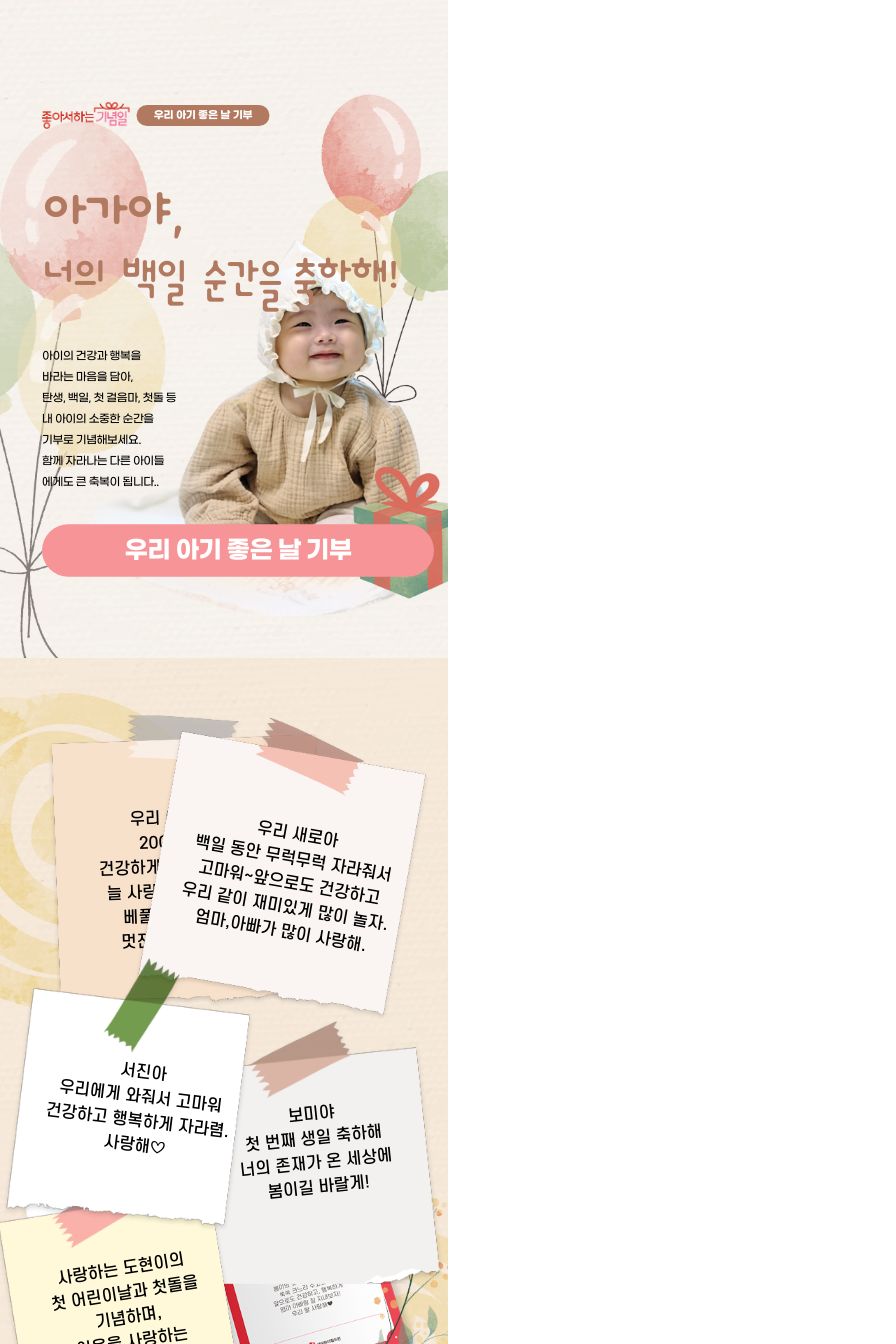
Repository: dlgywls1130/save_children_m
Page: index.html
An editor plug-in stored every save of this project. The page is shown before and after the next save, followed by the edit.
The browser window is 1280 px wide. The pictures show the part of the page from y = 0 to 1920 px (the page is 8198 px tall), at 70% of full size.

Above is the page before, as saved 2023-12-13 18:44:14.

### index.html
<!DOCTYPE html>
<html lang="en">
<head>
    <meta charset="UTF-8">
    <meta name="viewport" content="width=device-width, initial-scale=1.0">
    <title>세이브더칠드런</title>

    <link rel="stylesheet" href="./css/reset.css">
    <link rel="stylesheet" href="./css/style.css">

</head>
<body>
    <div class="content_body">
        <section class="section_wrapper section01">
            <div class="se01 se_wrapper">
                <div class="se01_sub">
                    <div class="sub_logo">
                        <img src="./img/logo01.png" alt="logo">
                    </div>
                    <p>우리 아기 좋은 날 기부</p>
                </div>
                <p class="seo01_title">
                    아가야,
                </p>
                <p class="seo01_title_two">
                    너의 <span id="rollingText">탄생</span> 순간을 축하해!
                </p>
                <p class="section_descript mb-45">
                    아이의 건강과 행복을
                    <br>바라는 마음을 담아,
                    <br>탄생, 백일, 첫 걸음마, 첫돌 등
                    <br>내 아이의 소중한 순간을
                    <br>기부로 기념해보세요.
                    <br>함께 자라나는 다른 아이들
                    <br>에게도 큰 축복이 됩니다..
                </p>

                <a class="donation_link" href="javascript:void(0)">우리 아기 좋은 날 기부</a>
            </div>
        </section>
        <section class="section_wrapper section02">
            <div class="se02 se_wrapper">
                <div class="postit_wrapper">
                    <div class="postit postit01">
                        <p>우리 아들 우현이의<br>
                        200일을 축하해.<br>
                        건강하게 자라줘서 고마워 ❤<br>
                        늘 사랑받고 받은 사랑만큼<br>
                        베풀 수 있는 건강하고<br>
                        멋진 아들이 되길 바래!</p>
                    </div>
                    <div class="postit postit02">
                        <p>우리 새로아<Br>
                        백일 동안 무럭무럭 자라줘서<Br>
                        고마워~앞으로도 건강하고<Br>
                        우리 같이 재미있게 많이 놀자.<Br>
                        엄마,아빠가 많이 사랑해.</p>
                    </div>
                    <div class="postit postit03">
                        <p>서진아<br>
                        우리에게 와줘서 고마워<br>
                        건강하고 행복하게 자라렴.<br>
                        사랑해♡      </p>
                    </div>
                    <div class="postit postit04">
                        <p>보미야<br>
                        첫 번째 생일 축하해<br>
                        너의 존재가 온 세상에<br>
                        봄이길 바랄게!   </p>
                    </div>
                    <div class="postit postit05">
                        <p>사랑하는 도현이의<br>
                        첫 어린이날과 첫돌을<br>
                        기념하며, <br>
                        이웃을 사랑하는<br>
                        멋진 사람으로 자라길</p>

                    </div>
                </div>
                <p class="ex_text">*소개한 사연은 모두 실제 사연입니다.</p>

            </div>
        </section>
        <section class="section_wrapper section03">
            <div class="se_wrapper se03">
                <div class="se_title_co">
                    아기의 좋은 날을 기념해 주신 모든 분들께
                    <br>후원감사증서를 보내드립니다.
                </div>
                <div class="se_sub_co">
                    후원감사증서는 아기에게 남기고 싶은 메시지와 아기의 좋은 날이 담긴 사진을 보관할 수 있도록
                    <br>만들어드립니다. 먼 훗날, 아기가 성장해 읽게 될 날을 그리며 편지를 써보세요.
                </div>
            </div>

        </section>
        <section class="section_wrapper section04">
            <div class="se_wrapper se04">
                <div class="se_title_co">
                    이름 자수 순면거즈블랭킷
                </div>
                <div class="se_sub_co">
                    30만원 이상 후원하신 분들께는 순면 거즈 아기 블랭킷(90*110)에
                    <Br>원하시는 이름(영문)을 예쁘게 수놓아 드립니다.
                </div>

                <div class="se04_slide mt-85">
                    <div class="se04_slide_list">
                        <img src="./img/slide01.jpg">
                    </div>
                    <div class="se04_slide_list">
                        <img src="./img/slide02.jpg">
                    </div>
                    <div class="se04_slide_list">
                        <img src="./img/slide03.jpg">
                    </div>
                </div>
            </div>
        </section>
        <section class="section_wrapper section05">
            <div class="se_wrapper se05">
                <div class="se_title_co">
                    후원신청 과정
                </div>

                <div class="se_step_list">
                    <div class="se_step">
                        <p class="step_number">1</p>
                        <div class="step_ico">
                            <img src="./img/icon01.png" alt="img">
                        </div>
                        <p class="step_descript">
                            후원신청하기
                        </p>
                    </div>
                    <div class="se_step">
                        <p class="step_number">2</p>
                        <div class="step_ico">
                            <img src="./img/icon02.png" alt="img">
                        </div>
                        <p class="step_descript">
                            후원감사증서
                            <br>메시지 적기
                        </p>
                    </div>
                    <div class="se_step">
                        <p class="step_number">3</p>
                        <div class="step_ico">
                            <img src="./img/icon03.png" alt="img">
                        </div>
                        <p class="step_descript">
                            신청완료
                        </p>
                    </div>
                    <div class="se_step">
                        <p class="step_number">4</p>
                        <div class="step_ico">
                            <img src="./img/icon04.png" alt="img">
                        </div>
                        <p class="step_descript">
                            후원감사증서 발송
                            <Br>(1주 이내)
                        </p>
                    </div>
                </div>

                <div class="se_sub_co mt-100">
                    30만원 이상 후원해 주신 경우,
                    <br>감사 선물 수령 주소 및 아기 블랭킷에 새겨질 문구 확인을 위한 문자가 발송됩니다.
                </div>

                <a class="donation_link" href="javascript:void(0)">우리 아기 좋은 날 기부</a>
            </div>

        </section>
        <section class="section_wrapper section06">
            <div class="se_wrapper se06">
                <div class="se_title_co">
                    후원금, 이렇게 쓰여요!
                </div>
                <div class="se_sub_co">
                    세이브더칠드런은 <span>국내외 아동을 위한 교육,
                    <Br>보호, 보건영양지원, 아동권리옹호</span> 등의 활동을 해나가고 있습니다.
                </div>
                <div class="se_sub_co">
                    보내주신 후원금은 정치, 종교, 인종에 관계없이 모든 아이를 구해야 한다는
                    <Br>세이브더칠드런의 신념에 따라 <span>가장 도움 필요한 아이를 위해 우선 사용</span>됩니다.
                </div>
            </div>

        </section>
        <section class="section_wrapper section07">
            <div class="se_wrapper se07">
                <div class="se_title_co">
                    FAQ
                </div>
                <div class="accordion">
                    <div class="accordion-item">
                        <h3 class="title">
                            <span>1. 30만원 이상 후원했습니다. 거즈 순면 블랭킷은 언제 오나요?</span>
                            <img src="./img/top.png">
                        </h3>
                        <p class="paragraph">
                            우리아기 축하기부로 30만원 이상 후원자님들께는 담요에 수놓을 아기 이름과
                            <Br>선물 수령 주소 확인을 위한 문자가 발송됩니다.
                            <br>02-6900-4479로 발송되는 문자 속 설문조사에 답해주세요.
                            <br>확인을 완료하신 분들께는 블랭킷 제작을 담당하고 있는 조니 스튜디오에서
                            <br>아기 이름 자수 작업 완료 후 배송해 드립니다.

                        </p>
                    </div>
                    <div class="accordion-item">
                        <h3 class="title">
                            <span>2. 거즈 순면 블랭킷, 안전한 제품인가요?</span>
                            <img src="./img/top.png">
                        </h3>
                        <p class="paragraph">
                            본 블랭킷은 워싱된 3중 거즈로 제작되었으며, KC안전검사를 완료하였습니다.
                            소재 특성상 섬유 조각이 발생할 수 있어 망에 넣지 않고 3번 정도 물빨래 하시는 것을 권장합니다.

                        </p>
                    </div>
                    <div class="accordion-item">
                        <h3 class="title">
                            <span>3. 거즈 순면 블랭킷을 받았는 데 하자가 있어요. 어떻게 해야 하나요? </span>
                            <img src="./img/top.png">
                        </h3>
                        <p class="paragraph">
                            070-4220-4123 (조니스튜디오 CS)로 전화 연락 부탁드립니다. 하자 물품에 대한 교환은 수령일로부터 7일 이내에 조니스튜디오에 연락해주셔야 하며, 이로 인한 후원금 환불은 어렵습니다.
                        </p>
                    </div>
                    <div class="accordion-item">
                        <h3 class="title">
                            <span>4. 후원감사증서에 넣을 수 있는 사진 사이즈는 얼마인가요?</span>
                            <img src="./img/top.png">
                        </h3>
                        <p class="paragraph">
                            사진 인화 사이즈 5*7 인치에 맞추어서 제작되었습니다.  그보다 작은 사진일 경우, 후원감사증서
                            내부의 주머니에 넣어 보관하실 수도  있습니다.

                        </p>
                    </div>
                </div>
            </div>

        </section>
        <section class="section_wrapper section08">
            <div class="se_wrapper se08">
                <div class="se08_postion">
                    <p class="se08_title">우리 아기 좋은 날 기부</p>
                    <p class="se08_descript">
                        탄생, 백일, 첫 걸음마, 첫돌...
                        <br>소중한 우리 아기의 성장을 기념해 보세요!
                        <br>아기의 좋은 날이 모여 세상의 행복이 됩니다.
                    </p>
                    <a href="javascript:void(0)" class="more_btn">
                        <p>자세히보기</p>
                        <svg xmlns="http://www.w3.org/2000/svg" width="16" height="16" fill="currentColor" class="bi bi-chevron-right" viewBox="0 0 16 16">
                            <path fill-rule="evenodd" d="M4.646 1.646a.5.5 0 0 1 .708 0l6 6a.5.5 0 0 1 0 .708l-6 6a.5.5 0 0 1-.708-.708L10.293 8 4.646 2.354a.5.5 0 0 1 0-.708z"/>
                        </svg>
                    </a>
                </div>

            </div>
        </section>
    </div>

    <script src="https://ajax.googleapis.com/ajax/libs/jquery/1.12.4/jquery.min.js"></script>
    <script src="./js/main.js"></script>
</body>
</html>

### css/style.css

/* root */
:root{
    --main-color:#B17A60;
    --pink-color:#F79497;
}


/* font */

/* dongle */
@font-face {
    font-family: 'Dongle';
    font-weight: 300;
    src: url('../font/Dongle-Light.ttf') format('ttf'),
    url('../font/Dongle-Light.woff') format('woff');
}

@font-face {
    font-family: 'Dongle';
    font-weight: 500;
    src: url('../font/Dongle-Regular.ttf') format('ttf'),
    url('../font/Dongle-Regular.woff') format('woff');
}

@font-face {
    font-family: 'Dongle';
    font-weight: 700;
    src: url('../font/Dongle-Bold.ttf') format('ttf'),
    url('../font/Dongle-Bold.woff') format('woff');
}


/* Gmarket */
@font-face {
    font-family: 'GmarketSans';
    font-weight: 300;
    src: url('../font/GmarketSansLight.ttf') format('ttf'),
    url('../font/GmarketSansLight.woff') format('woff');
}

@font-face {
    font-family: 'GmarketSans';
    font-weight: 500;
    src: url('../font/GmarketSansMedium.ttf') format('ttf'),
    url('../font/GmarketSansMedium.woff') format('woff');
}

@font-face {
    font-family: 'GmarketSans';
    font-weight: 700;
    src: url('../font/GmarketSansBold.ttf') format('ttf'),
    url('../font/GmarketSansBold.woff') format('woff');
}


/* nanumsqure */

@font-face {
    font-family: 'NanumSquare';
    font-weight: 400;
    src: url('../font/NanumSquareL.ttf') format('ttf'),
    url('../font/NanumSquareL.woff') format('woff');
}

@font-face {
    font-family: 'NanumSquare';
    font-weight: 500;
    src: url('../font/NanumSquareR.ttf') format('ttf'),
    url('../font/NanumSquareR.woff') format('woff');
}

@font-face {
    font-family: 'NanumSquare';
    font-weight: 600;
    src: url('../font/NanumSquareB.ttf') format('ttf'),
    url('../font/NanumSquareB.woff') format('woff');
}

@font-face {
    font-family: 'NanumSquare';
    font-weight: 700;
    src: url('../font/NanumSquareEB.ttf') format('ttf'),
    url('../font/NanumSquareEB.woff') format('woff');
}



/* scdream5 */
@font-face {
    font-family: 'SCDream5';
    src: url('../font/SCDream5.woff') format('woff'),
    url('../font/SCDream5.ttf') format('ttf'),
    url('../font/SCDream5.otf') format('otf');
}


.section_wrapper{
    max-width:1920px;
    width: 100%;

}

.se_wrapper{
    max-width: 640px;
    width: 100%;
    position: relative;
    box-sizing: border-box;
}


/* section01 */


.section01{
    background: url('../img/back01.jpg') no-repeat;
    height: 940px;

}

.se01{
    padding:145px 60px 92px;
    box-sizing: border-box;
}
.se01_sub{
    display: flex;
    align-items: center;
    margin-bottom: 70px;
}

.sub_logo{
    width: 125px;
    height: 40px;
    margin-right: 10px;
}

.sub_logo img{
    width: 100%;
    height: 100%;
    object-fit: contain;
}

.se01_sub p{
    width: 190px;
    height: 30px;
    background: #B17A60;
    border-radius: 15px;
    display: flex;
    align-items: center;
    justify-content: center;
    letter-spacing: -0.03em;
    font-size: 15px;
    font-weight: 700;
    font-family: 'GmarketSans',sans-serif;
    color: #fff;
}

.seo01_title{
    font-family: 'Dongle',sans-serif;
    font-weight: 500;
    font-size: 120px;
    color: var(--main-color);
    letter-spacing: -0.03em;
}

.seo01_title_two{
    font-family: 'Dongle',sans-serif;
    font-weight: 500;
    font-size: 90px;
    color: var(--main-color);
    letter-spacing: -0.03em;
    margin-top: -4%;
    margin-bottom: 50px;
    display: flex;
    align-items: center;
}

.seo01_title_two span{
    margin: 0 1.5rem;
}
.section_descript{
    font-size: 20x;
    line-height: 30px;
    font-family: 'GmarketSans';
    font-weight: 500;
    letter-spacing: -0.03em;
    color: #000;
}

.donation_link{
    width: 560px;
    height: 75px;
    border-radius: 100px;
    display: flex;
    align-items: center;
    justify-content: center;
    background: var(--pink-color);
    color: #fff;
    font-family: 'GmarketSans';
    font-size: 35px;
    font-weight: 700;
    letter-spacing: -0.03em;
    text-decoration: none;
    margin: 45px auto 0;
}


@keyframes roll {
    from {
        transform: translateY(40%);
        opacity: 0;
    }
    to {
        transform: translateY(0);
        opacity: 1;
    }
  }


  #rollingText.animate-text {
    animation: roll 0.5s ease-in-out;
}

/* section02 */

.section02{
    height: 1340px;
    background: url('../img/back03.jpg') no-repeat;
}

.se02{
    padding: 76px 0 96px;
    box-sizing: border-box;
    height: 100%;
}
.postit_wrapper{
    width: 100%;
    position: relative;
    height: 1123px;
}

.ex_text{
    font-family: 'GmarketSans';
    font-size: 20px;
    font-weight: 500;
    letter-spacing: -0.03em;
}

.postit {
    position: absolute;
}
.postit p{
    font-family: 'SCDream5';
    font-size: 23px;
    line-height: 35px;
    text-align: center;
    display: flex;
    justify-content: center;
    align-items: center;
    height: 100%;
}

.postit01{
    background:url('../img/post04.png') no-repeat;
    width: 438px;
    height: 438px;
    background-size: contain;
    box-sizing: border-box;
    left: 64px;
    top: 0;

}

.postit01 p{
    transform: rotate(358deg);
    padding-top: 20px;
}

.postit02{
    background: url('../img/post05.png') no-repeat;
    width: 450px;
    height: 450px;
    background-size: contain;
    box-sizing: border-box;
    top: 0;
    right: 0;

}

.postit02 p{
    transform: rotate(10deg);
    padding-top: 20px;
}

.postit03{
    background:url('../img/post02.png') no-repeat;
    width: 400px;
    height: 400px;
    background-size: contain;
    box-sizing: border-box;
    left: 0;
    top: 31%;
    z-index: 1;
}

.postit03 p{
    transform: rotate(7deg);
    padding-top: 20px;
}

.postit04{
    background: url(../img/post03.png) no-repeat;
    width: 380px;
    height: 380px;
    background-size: cover;
    box-sizing: border-box;
    top: 39%;
    right: 0;
}

.postit04 p{
    transform: rotate(354deg);
}

.postit05{
    background:url('../img/post01.png') no-repeat;
    width: 390px;
    height: 390px;
    background-size: contain;
    box-sizing: border-box;
    top: 58%;
    left: -13px;
}

.postit05 p{
    transform: rotate(-9deg);
    padding-top: 20px;
}

/* section03 */

.section03{
    height: 1340px;
    background: url('../img/back04.jpg') no-repeat;
}

.se03{
    padding: 123px 0 96px;
    box-sizing: border-box;
    height: 100%;
}


.se_title_co{
    font-size: 120px;
    line-height: 120px;
    letter-spacing: -0.03em;
    font-family: 'Dongle';
    font-weight: 500;
    color: var(--main-color);
    text-align: center;
}

.se_sub_co{
    font-size: 25px;
    letter-spacing: -0.03em;
    line-height: 50px;
    font-family: 'GmarketSans';
    font-weight: 500;
    text-align: center;
    margin-top: 50px;
}

/* section04 */

.section04{
    height: 1340px;
    background: url('../img/back05.jpg') no-repeat;
}

.se04{
    padding: 120px 0 130px;
    box-sizing: border-box;
    height: 100%;
}

.se04_slide{
    width: 944px;
    margin: 0 auto;
}


.slick-prev,
.slick-next {
    background: transparent;
    border: none;
    cursor: pointer;
    font-size: 0;
}

.slick-prev {

    width: 48px;
    height: 40px;
    position: absolute;
    left: -6%;
    top: 50%;
    transform: translateY(-50%);
    z-index: 1;
    background-size: contain;
}

.slick-next {

    width: 48px;
    height: 40px;
    position: absolute;
    right: -6%;
    top: 50%;
    transform: translateY(-50%);
    background-size: contain;
}

.slick-next  img,
.slick-prev img{
    width: 100%;
    height: 100%;
    object-fit: contain;
}

/* section05 */
.section05{
    height: 1080px;
    background: url('../img/back07.jpg') no-repeat;
}

.se05{
    padding: 150px 0 140px;
    box-sizing: border-box;
    height: 100%;
}

.se_step_list{
    display: flex;
    align-content: center;
    column-gap: 88px;
    margin-top: 90px;
    position: relative;
}

.se_step_list::after{
    position: absolute;
    content: '';
    top: 38%;
    transform: translate(0,-50%);
    border-top: 2px dashed var(--pink-color);
    width: 100%;
}

.se_step_list .se_step{
    position: relative;
}

.step_number{
    font-size: 25px;
    letter-spacing: -0.03em;
    line-height: 35px;
    font-weight: 700;
    font-family: 'GmarketSans';
    position: absolute;
    left: 19%;
    top: 0;
    color: var(--main-color);
    z-index: 2;
}

.se_step_list .se_step .step_ico{
    width: 200px;
    height: 200px;
    border-radius: 50%;
    background-color: #fff;
    display: flex;
    align-items: center;
    justify-content: center;
    position: relative;
    z-index: 1;
}

.se_step_list .se_step .step_ico img {
    width: 138px;
    height: 138px;
    object-fit: contain;
    object-position: 73%;
}

.step_descript{
    font-size: 20px;
    letter-spacing: -0.03em;
    line-height: 23px;
    font-weight: 500;
    font-family: 'GmarketSans';
    text-align: center;
    margin-top: 20px;
    color: var(--main-color);
}

.se_step_list .se_step:first-child .step_ico::before{
    display: none;
}

.se_step_list .se_step:last-child .step_ico::after{
    display: none;
}

.se_step_list .step_ico::before{
    position: absolute;
    content: '';
    top: 50%;
    left: -5px;
    transform: translate(0,-50%);
    width: 10px;
    height: 10px;
    border-radius: 50%;
    background-color: var(--pink-color);
}


.se_step_list .step_ico::after{
    position: absolute;
    content: '';
    top: 50%;
    right: -5px;
    transform: translate(0,-50%);
    width: 10px;
    height: 10px;
    border-radius: 50%;
    background-color: var(--pink-color);
}

/* section06 */
.section06{
    height:700px;
    background: url('../img/back06.jpg') no-repeat;
}

.se06{
    padding: 150px 0;
    height: 100%;
    box-sizing: border-box;
}


.se_sub_co span{
    font-weight: 700;
}
/* section07 */

.section07{
    height:1080px;
    background: url('../img/back02.jpg') no-repeat;
}

.se07{
    padding: 100px 0;
    height: 100%;
    box-sizing: border-box;
}


.accordion{
    margin-top: 80px;
}
.accordion-item {
    padding:15px 0;
    margin: 0;
    overflow: hidden;
}

.accordion-item .title {
    display: flex;
    justify-content: space-between;
    align-items: center;
    font-weight: 700;
    font-size: 30px;
    letter-spacing: -0.03em;
    cursor: pointer;
    width: 100%;
    height: 80px;
    border-radius: 50px;
    background-color: #fff;
    color: var(--main-color);
    padding: 0 30px;
    font-family: 'GmarketSans';
    box-sizing: border-box;
}

.accordion-item .title img {
    font-size: 0.9rem;
    color: #454545;
    transform: rotate(0);
    transition: transform 0.15s ease;
}

.accordion-item .paragraph {
    font-weight: 500;
    font-size: 25px;
    letter-spacing: -0.03em;
    color: #000;
    display: none;
    padding: 50px 70px 35px;
    list-style: inside;
    line-height: 50px;
    font-family: 'GmarketSans';
}

.accordion-item .paragraph .indent{
    text-indent: 1rem;
}


.accordion-item .paragraph span{
    font-weight: bold;
}

.accordion-item.active .title img{
    transform: rotate(180deg);
}

.accordion-item.active .paragraph {
    display: block;
}


/* section08 */

.section08{
    height:378px;
    background: url('../img/banner.jpg') no-repeat;
}
.se08{
    position: relative;
    height: 100%;
}

.se08_postion{
    position: absolute;
    top: 80px;
    left: 50%;
}

.se08_title{
    font-family: 'NanumSquare';
    font-weight: 600;
    font-size: 23px;
    letter-spacing: -0.05em;
    line-height: 50px;
    position: relative;
}

.se08_title::before{
    position: absolute;
    content: '';
    top: -7px;
    width: 32px;
    height: 3px;
    background-color:#543F2C;
    left: 0;
}

.se08_descript{
    font-family: 'NanumSquare';
    font-weight: 500;
    font-size: 19px;
    line-height: 28px;
    letter-spacing: -0.06em;
}

.more_btn{
    margin-top: 38px;
    width: 150px;
    height: 40px;
    background: #543F2C;
    display: flex;
    align-items: center;
    justify-content: center;
    text-decoration: none;
}

.more_btn p{
    font-family: 'NanumSquare';
    font-weight: 500;
    font-size: 18px;
    color: #fff;

}

.more_btn svg{
    fill: #fff;
}

Loaded but not shown: js/main.js (46 lines, source omitted); css/reset.css (45 lines, source omitted)

After the next save:
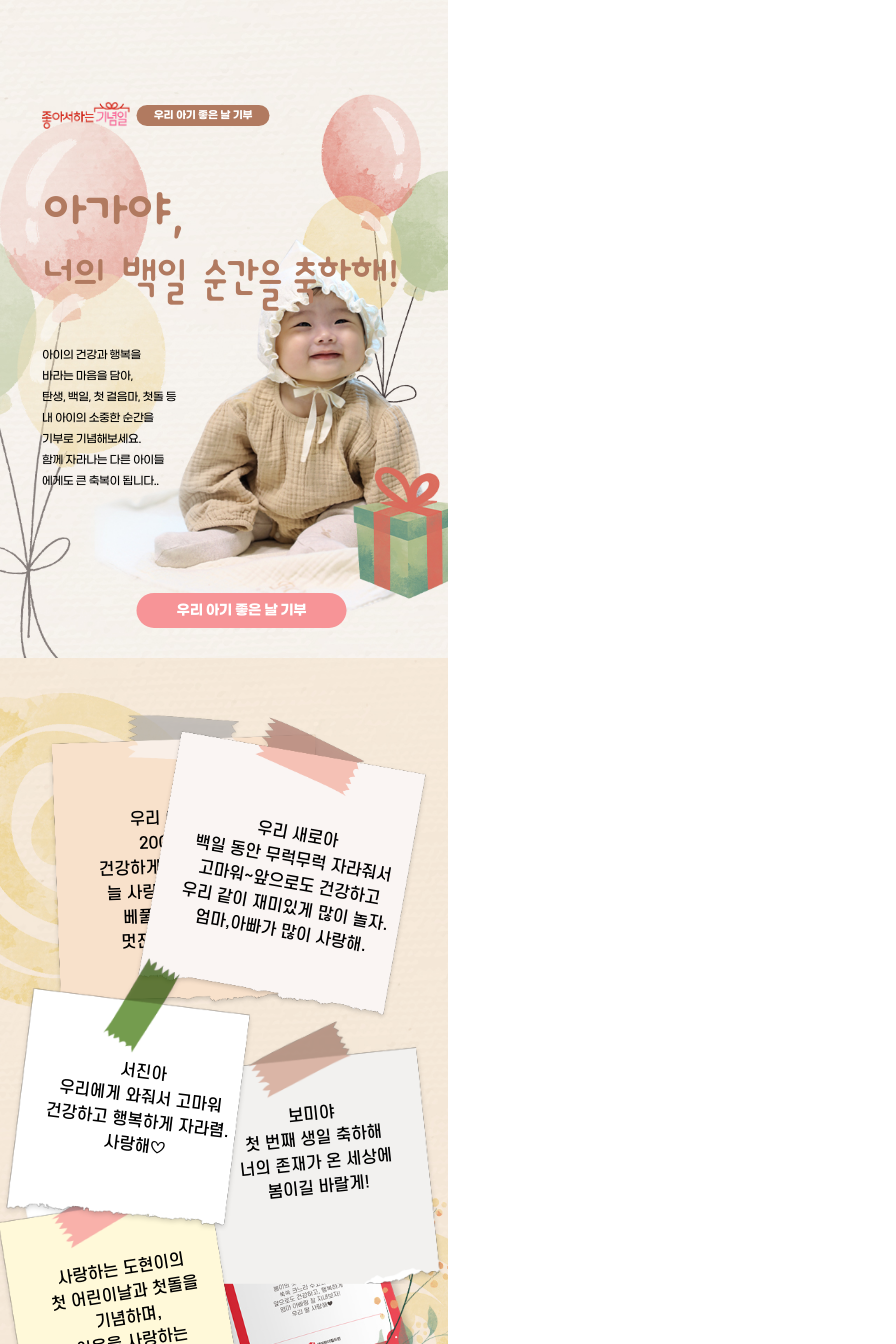
Saved 5 min 10 s later.
--- a/css/style.css
+++ b/css/style.css
@@ -119,7 +119,7 @@
 }
 
 .se01{
-    padding:145px 60px 92px;
+    padding: 145px 10px 92px 60px;
     box-sizing: border-box;
 }
 .se01_sub{
@@ -188,8 +188,8 @@
 }
 
 .donation_link{
-    width: 560px;
-    height: 75px;
+    width: 300px;
+    height: 50px;
     border-radius: 100px;
     display: flex;
     align-items: center;
@@ -197,11 +197,11 @@
     background: var(--pink-color);
     color: #fff;
     font-family: 'GmarketSans';
-    font-size: 35px;
+    font-size: 20px;
     font-weight: 700;
     letter-spacing: -0.03em;
     text-decoration: none;
-    margin: 45px auto 0;
+    margin: 145px auto 0;
 }
 
 
